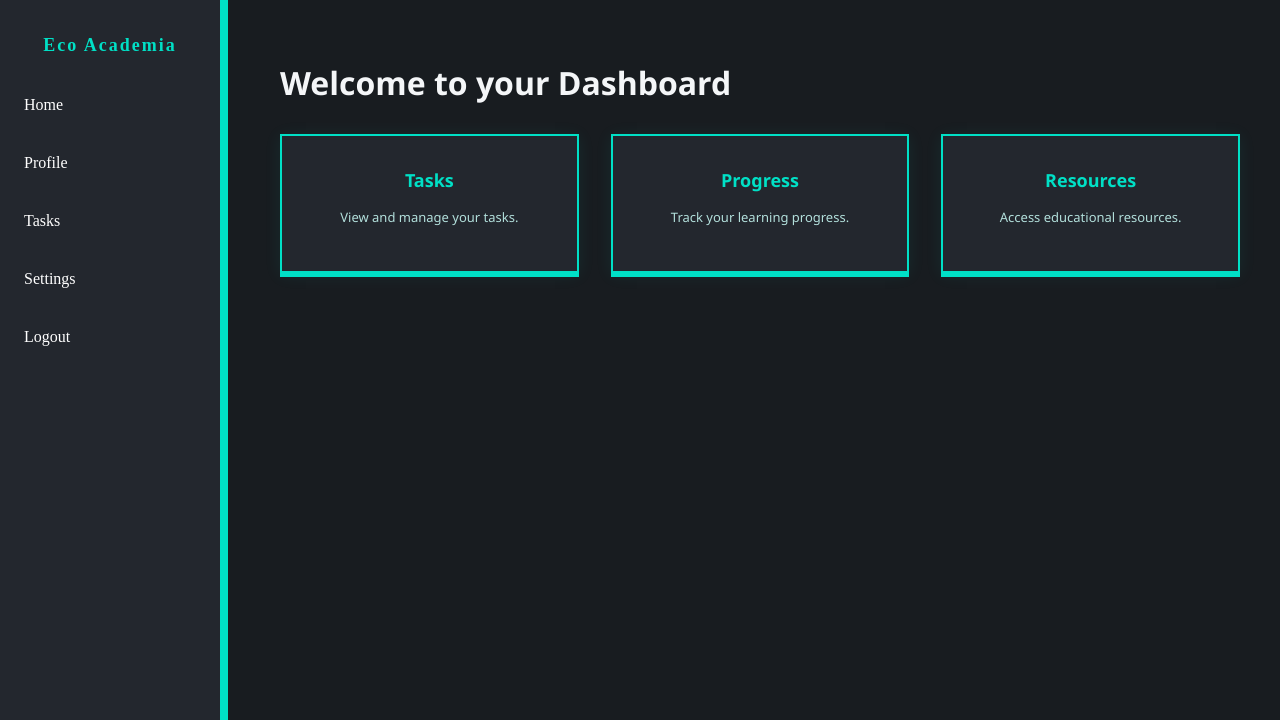
Repository: hotaruhshs/eco-academia
Page: dashboard/index.html
An editor plug-in stored every save of this project. The page is shown before and after the next save, followed by the edit.
The browser window is 1280 px wide. The pictures show the whole page.

Above is the page before, as saved 2025-07-06 01:30:37.

### dashboard/index.html
<!DOCTYPE html>
<html lang="en">
  <head>
    <meta charset="UTF-8" />
    <meta name="viewport" content="width=device-width, initial-scale=1.0" />
    <title>Eco Academia Dashboard</title>
    <link rel="stylesheet" href="css/dashboard.css" />
  </head>
  <body>
    <div class="sidebar">
      <h2>Eco Academia</h2>
      <ul>
        <li><a href="#">Home</a></li>
        <li><a href="#">Profile</a></li>
        <li><a href="#">Tasks</a></li>
        <li><a href="#">Settings</a></li>
        <li><a href="#">Logout</a></li>
      </ul>
    </div>
    <div class="main-content">
      <h1>Welcome to your Dashboard</h1>
      <div class="cards">
        <div class="card">
          <h3>Tasks</h3>
          <p>View and manage your tasks.</p>
        </div>
        <div class="card">
          <h3>Progress</h3>
          <p>Track your learning progress.</p>
        </div>
        <div class="card">
          <h3>Resources</h3>
          <p>Access educational resources.</p>
        </div>
      </div>
    </div>
    <script src="js/dashboard.js"></script>
  </body>
</html>

### dashboard/css/dashboard.css
body {
  margin: 0;
  font-family: 'Press Start 2P', 'Segoe UI', Tahoma, Geneva, Verdana, sans-serif;
  background: #181c20;
  color: #f4f6f8;
}
@import url('https://fonts.googleapis.com/css2?family=Press+Start+2P&display=swap');

.sidebar {
  position: fixed;
  left: 0;
  top: 0;
  width: 220px;
  height: 100%;
  background: #23272e;
  color: #fff;
  padding: 20px 0;
  box-shadow: 4px 0 0 #00e0c6;
  border-right: 4px solid #00e0c6;
}
.sidebar h2 {
  text-align: center;
  margin-bottom: 30px;
  font-family: 'Press Start 2P', cursive;
  font-size: 18px;
  letter-spacing: 2px;
  color: #00e0c6;
}
.sidebar ul {
  list-style: none;
  padding: 0;
}
.sidebar ul li {
  margin: 20px 0;
}
.sidebar ul li a {
  color: #fff;
  text-decoration: none;
  font-size: 16px;
  display: block;
  padding: 10px 20px;
  border-radius: 0;
  border-left: 4px solid transparent;
  transition: background 0.2s, border-color 0.2s;
  font-family: 'Press Start 2P', cursive;
}
.sidebar ul li a:hover {
  background: #1a1d22;
  border-left: 4px solid #00e0c6;
  color: #00e0c6;
}
.main-content {
  margin-left: 240px;
  padding: 40px;
}
.cards {
  display: grid;
  grid-template-columns: repeat(auto-fit, minmax(220px, 1fr));
  gap: 32px;
  margin-top: 30px;
}
.card {
  background: #23272e;
  border-radius: 0;
  box-shadow: 0 4px 0 #00e0c6, 0 2px 16px rgba(0,224,198,0.08);
  padding: 32px 24px;
  border: 2px solid #00e0c6;
  color: #fff;
  font-family: 'Press Start 2P', 'Segoe UI', Tahoma, Geneva, Verdana, sans-serif;
  text-align: center;
  transition: box-shadow 0.2s, border-color 0.2s;
  position: relative;
}
.card:hover {
  box-shadow: 0 8px 0 #00e0c6, 0 4px 32px rgba(0,224,198,0.18);
  border-color: #fff;
}
.card h3 {
  margin-top: 0;
  font-size: 18px;
  color: #00e0c6;
  margin-bottom: 16px;
}
.card p {
  font-size: 13px;
  color: #b2dfdb;
}

/* Pixel-style button */
.btn-pixel {
  font-family: 'Press Start 2P', cursive;
  background: #00e0c6;
  color: #23272e;
  border: 2px solid #fff;
  padding: 10px 24px;
  border-radius: 0;
  box-shadow: 2px 2px 0 #fff;
  cursor: pointer;
  transition: background 0.2s, color 0.2s;
}
.btn-pixel:hover {
  background: #fff;
  color: #00e0c6;
}

::-webkit-scrollbar {
  width: 8px;
  background: #23272e;
}
::-webkit-scrollbar-thumb {
  background: #00e0c6;
}

### dashboard/js/dashboard.js
// dashboard.js
// Add interactivity here if needed
console.log('Dashboard loaded');

After the next save:
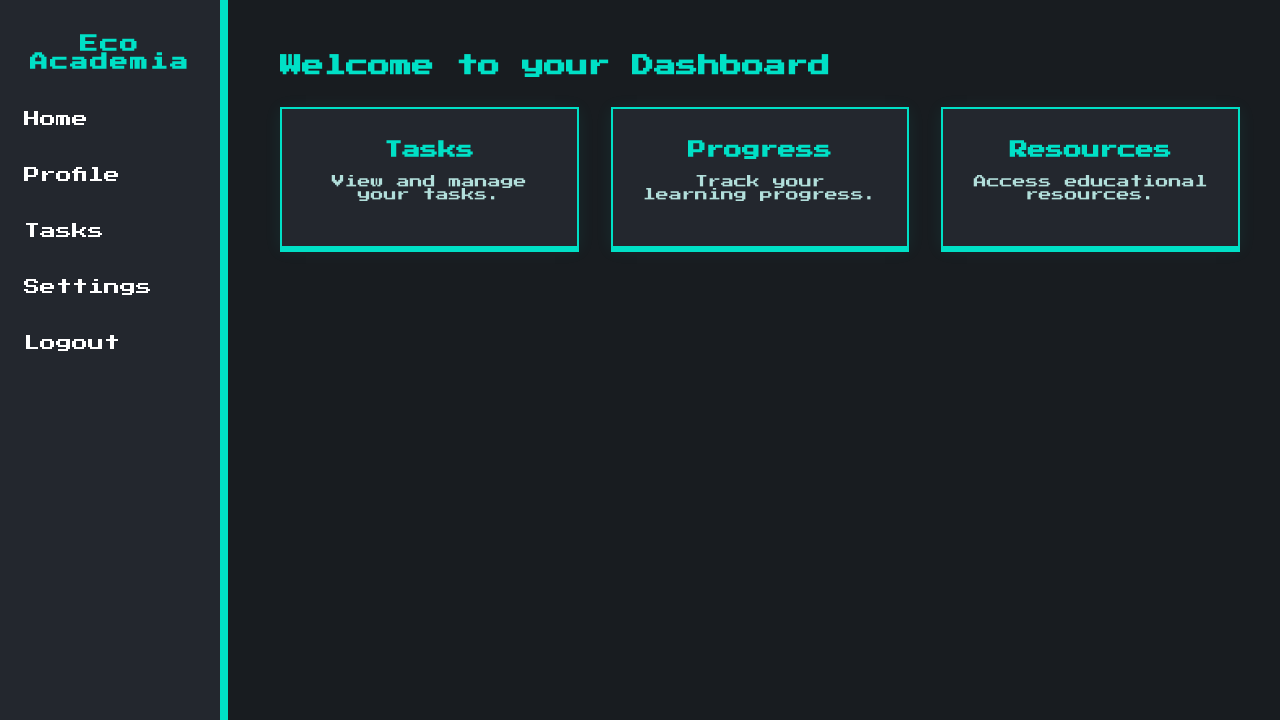
Saved 6 s later.
--- a/dashboard/index.html
+++ b/dashboard/index.html
@@ -5,6 +5,7 @@
     <meta name="viewport" content="width=device-width, initial-scale=1.0" />
     <title>Eco Academia Dashboard</title>
     <link rel="stylesheet" href="css/dashboard.css" />
+    <link href="https://fonts.googleapis.com/css2?family=Press+Start+2P&display=swap" rel="stylesheet">
   </head>
   <body>
     <div class="sidebar">
@@ -18,7 +19,7 @@
       </ul>
     </div>
     <div class="main-content">
-      <h1>Welcome to your Dashboard</h1>
+      <h1 style="font-family: 'Press Start 2P', cursive; color: #00e0c6; font-size: 22px; margin-bottom: 24px;">Welcome to your Dashboard</h1>
       <div class="cards">
         <div class="card">
           <h3>Tasks</h3>
